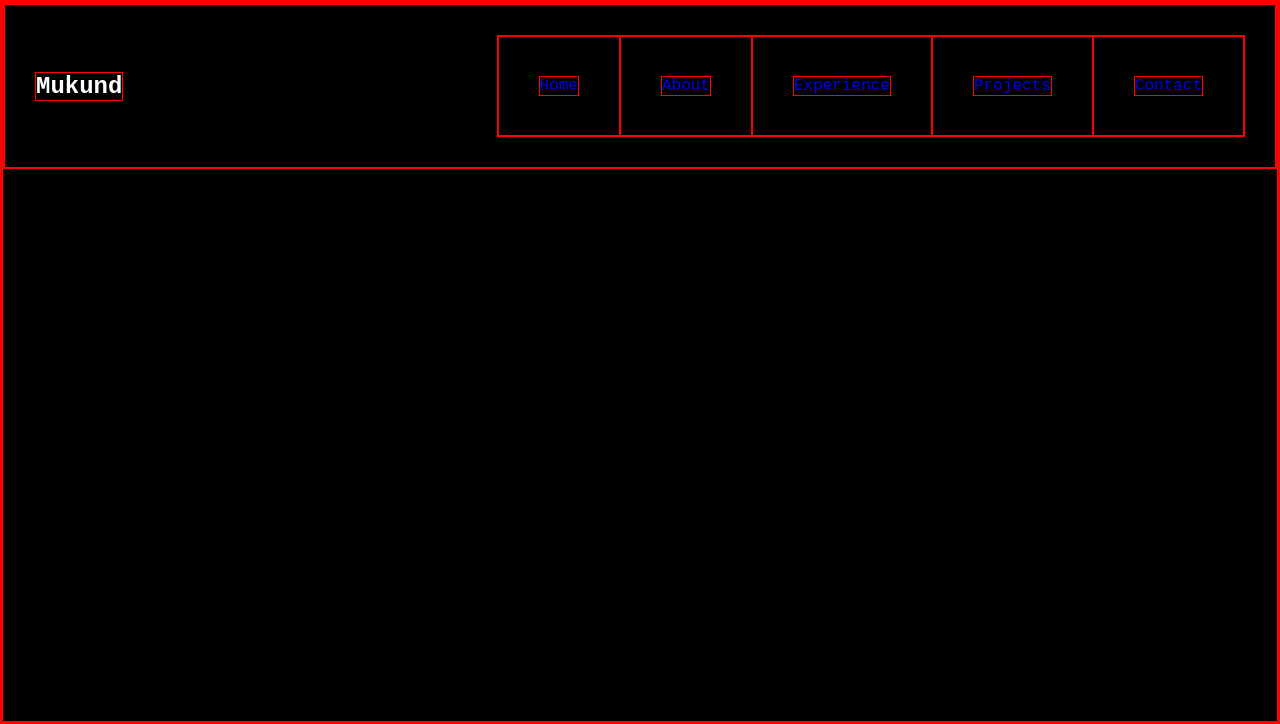
Repository: mukundgangurde/expense-tracker
Page: index.html
The author's editor kept a copy of each file at every save. The page is drawn from the files as they stood at one save, then again after the next save.
The browser window is 1280 px wide. The pictures show the whole page.

Above is the page before, as saved 2025-11-02 17:34:39.

After the next save:
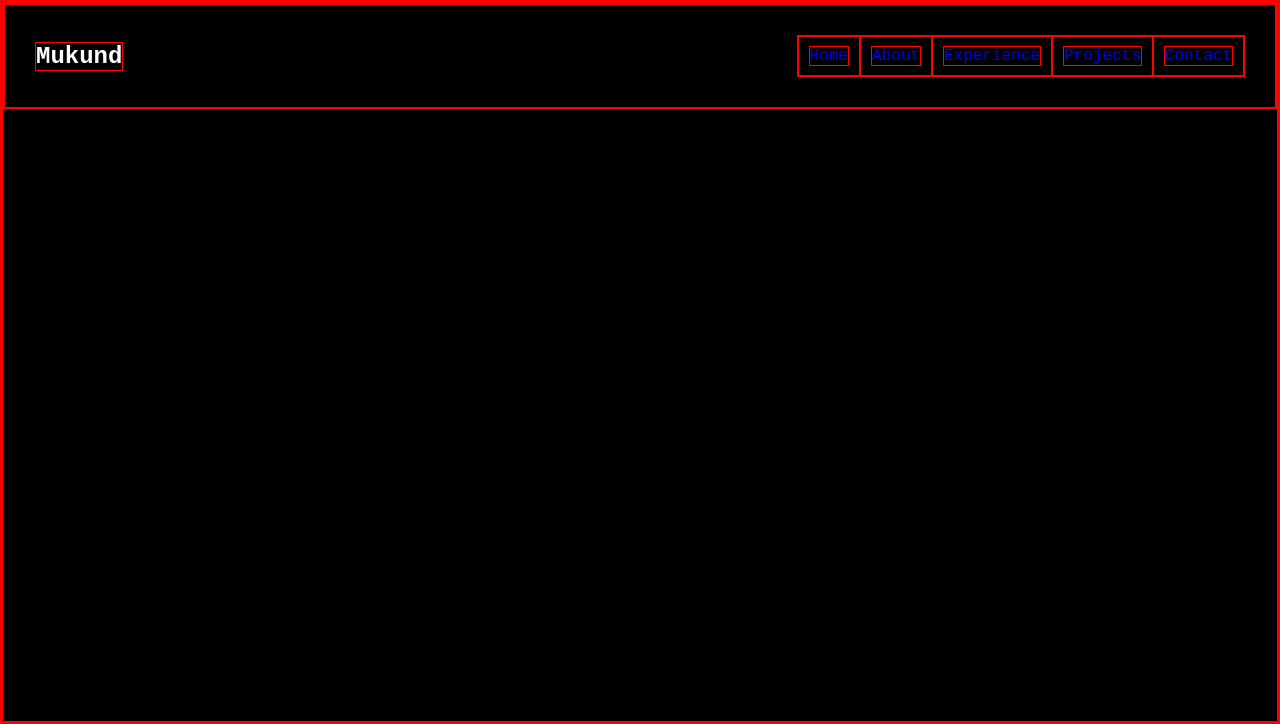
Saved 12 s later.
--- a/style.css
+++ b/style.css
@@ -33,7 +33,7 @@ ul {
 
 li {
   list-style-type: none;
-  padding: 40px;
+  padding: 10px;
 }
 
 a {
